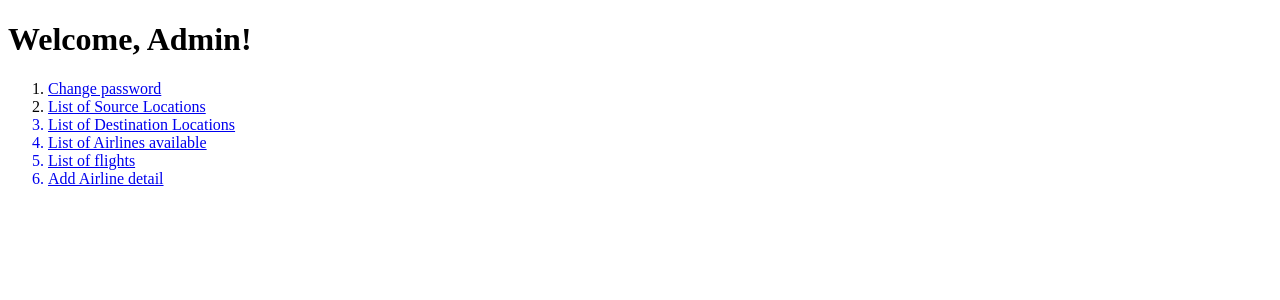
Repository: Pranathi99/FlyAway
Page: FlyAway/src/main/webapp/adminHome.html
These files come from the project's save history. The page is drawn as it stood at one moment and after the next save; the edit follows.
The browser window is 1280 px wide. The pictures show the whole page.

Above is the page before, as saved 2023-03-25 19:57:31.

After the next save:
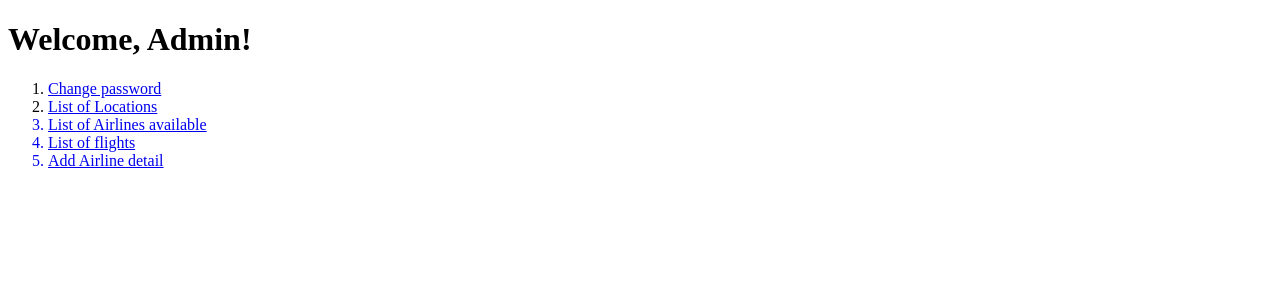
Saved 2 min 38 s later.
--- a/FlyAway/src/main/webapp/adminHome.html
+++ b/FlyAway/src/main/webapp/adminHome.html
@@ -8,8 +8,7 @@
 <h1>Welcome, Admin!</h1>
 	<ol>
 		<li><a href="changePassword.jsp"/>Change password</li>
-		<li><a href="getDetails?param=getSourceList"/>List of Source Locations</li>
-		<li>List of Destination Locations</li>
+		<li><a href="getDetails?param=getLocList"/>List of Locations</li>
 		<li>List of Airlines available</li>
 		<li>List of flights</li>
 		<li>Add Airline detail</li>
